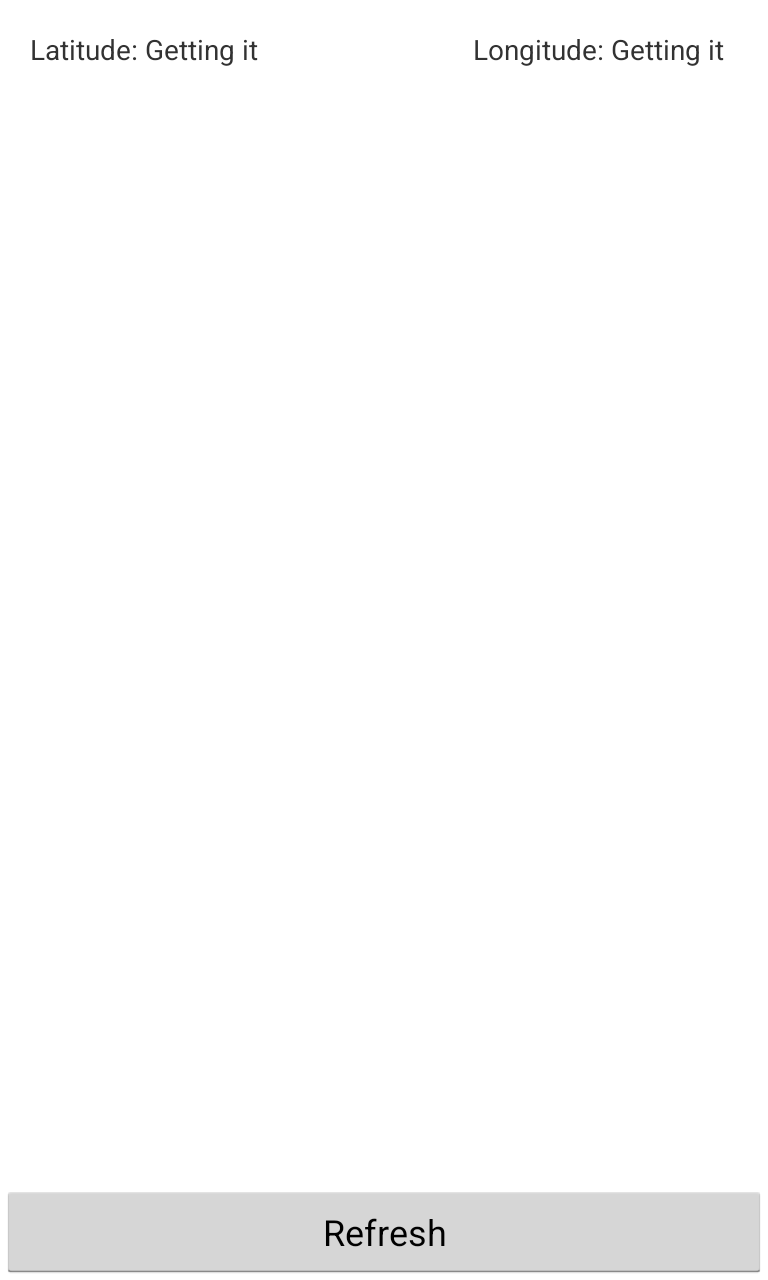
Repository: isitso/android_class
Layout: LocationGooglePlay/res/layout/main.xml
The author's editor kept a copy of each file at every save. The layout is drawn from the files as they stood at one save, then again after the next save.
It is drawn on a 768 x 1280 px phone screen (xhdpi) without system bars, with theme AppTheme; the app's code is not run.

Above is the layout before, as saved 2014-04-28 01:49:03.

### LocationGooglePlay/res/layout/main.xml
<?xml version="1.0" encoding="utf-8"?>
<RelativeLayout xmlns:android="http://schemas.android.com/apk/res/android"
    android:layout_width="match_parent"
    android:layout_height="match_parent"
    android:orientation="vertical" >

    <Button
        android:id="@+id/refresh"
        android:layout_width="match_parent"
        android:layout_height="wrap_content"
        android:layout_alignParentBottom="true"
        android:layout_alignParentLeft="true"
        android:text="Refresh" />

    <TextView
        android:id="@+id/latitudeView"
        android:layout_width="wrap_content"
        android:layout_height="wrap_content"
        android:layout_alignParentLeft="true"
        android:layout_alignParentTop="true"
        android:layout_marginLeft="15dp"
        android:layout_marginTop="15dp"
        android:text="Latitude: Getting it" />



    <TextView
        android:id="@+id/longitudeView"
        android:layout_width="wrap_content"
        android:layout_height="wrap_content"
        android:layout_alignBaseline="@+id/latitudeView"
        android:layout_alignBottom="@+id/latitudeView"
        android:layout_alignParentRight="true"
        android:layout_marginRight="22dp"
        android:text="Longitude: Getting it" />

</RelativeLayout>

Loaded but not shown: LocationGooglePlay/res/values/styles.xml (common file); LocationGooglePlay/res/values-v11/styles.xml (common file); LocationGooglePlay/res/values-v14/styles.xml (common file)

After the next save:
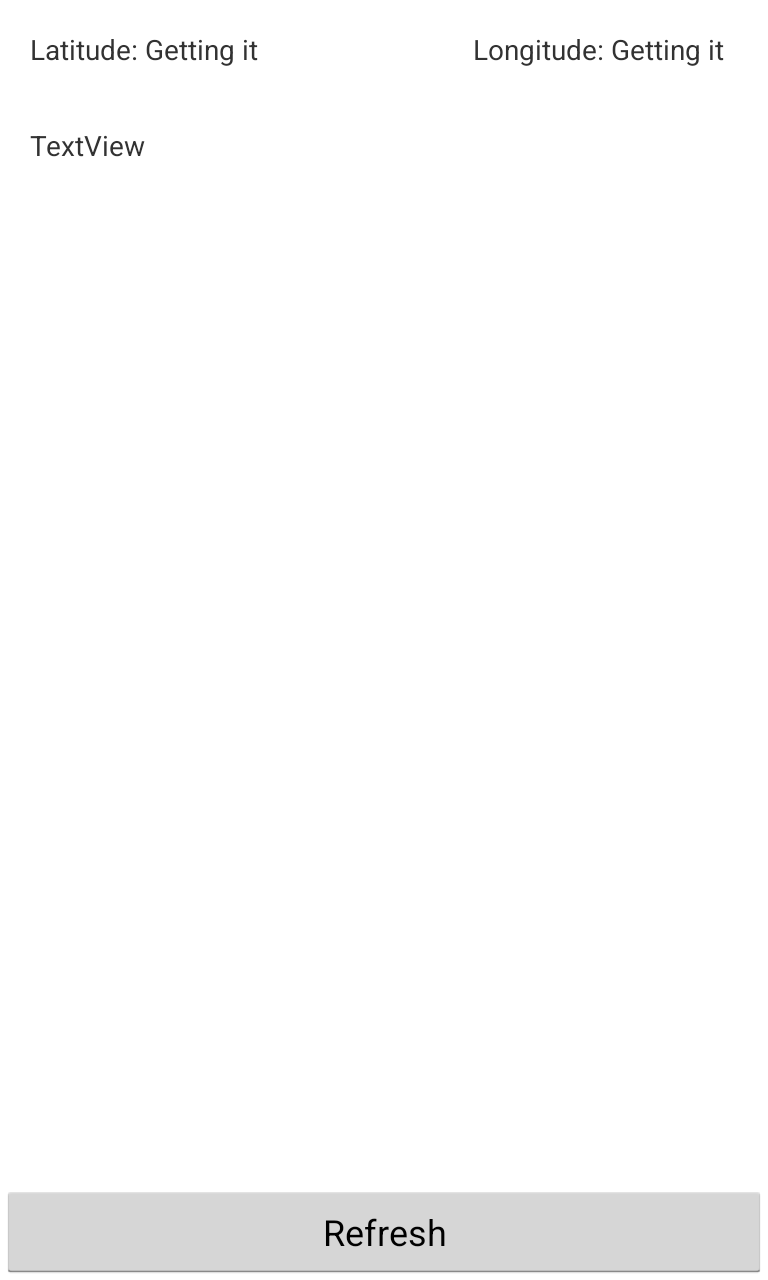
Saved 44 s later.
--- a/LocationGooglePlay/res/layout/main.xml
+++ b/LocationGooglePlay/res/layout/main.xml
@@ -23,7 +23,6 @@
         android:text="Latitude: Getting it" />
 
 
-
     <TextView
         android:id="@+id/longitudeView"
         android:layout_width="wrap_content"
@@ -34,4 +33,13 @@
         android:layout_marginRight="22dp"
         android:text="Longitude: Getting it" />
 
+    <TextView
+        android:id="@+id/textView1"
+        android:layout_width="wrap_content"
+        android:layout_height="wrap_content"
+        android:layout_alignLeft="@+id/latitudeView"
+        android:layout_below="@+id/latitudeView"
+        android:layout_marginTop="29dp"
+        android:text="TextView" />
+
 </RelativeLayout>
